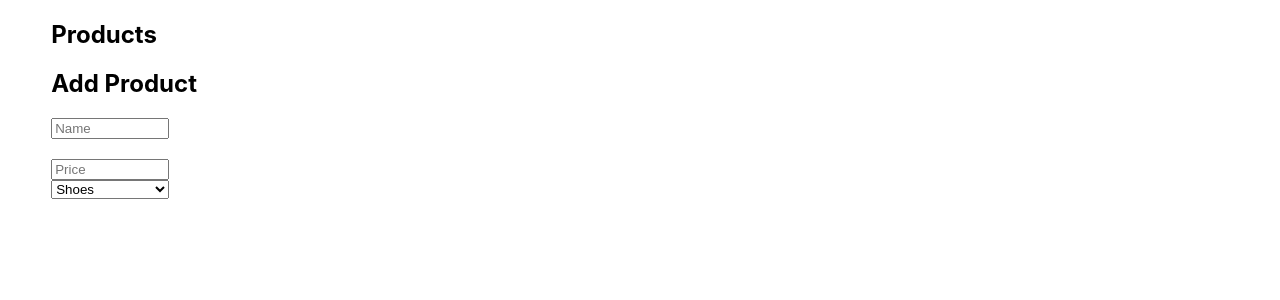
Repository: zcoderboy/redux-workout
Page: /
These files come from the project's save history. The page is drawn as it stood at one moment and after the next save; the edit follows.
The browser window is 1280 px wide. The pictures show the whole page.
The project was rebuilt for these pictures with package versions that can differ from the ones it lists, and the page was loaded fresh each time. Also part of the build but not shown: src/Product.js.

Above is the page before, as saved 2020-08-17 15:19:28.

### src/index.js
import React from 'react';
import ReactDOM from 'react-dom';
import './index.css';
import App from './App';
import * as serviceWorker from './serviceWorker';
import reducer from './reducers'
import {createStore} from 'redux'
import {Provider} from 'react-redux'

const store = createStore(reducer,window.__REDUX_DEVTOOLS_EXTENSION__ && window.__REDUX_DEVTOOLS_EXTENSION__())

ReactDOM.render(
  <Provider store={store}>
    <React.StrictMode>
      <App />
    </React.StrictMode>
  </Provider>,
  document.getElementById('root')
);

// If you want your app to work offline and load faster, you can change
// unregister() to register() below. Note this comes with some pitfalls.
// Learn more about service workers: https://bit.ly/CRA-PWA
serviceWorker.unregister();

### src/App.js
import React from 'react';
import './App.css';
import ProductListContainer from './containers/ProductListContainer';
import ProductAddContainer from './containers/ProductAddContainer';

function App() {
  return (
    <div className="App">
      <ProductListContainer/>
      <ProductAddContainer/>
    </div>
  );
}

export default App;

### src/reducers/index.js
import {combineReducers} from 'redux'
import cart from './CartReducer'
import products from './ProductReducer'
import categories from './CategoryReducer'

export default combineReducers({
  cart,
  products,
  categories
})

### src/App.css
.App {
  padding: 0 4vw;
}

.App-logo {
  height: 40vmin;
  pointer-events: none;
}

@media (prefers-reduced-motion: no-preference) {
  .App-logo {
    animation: App-logo-spin infinite 20s linear;
  }
}

.App-header {
  background-color: #282c34;
  min-height: 100vh;
  display: flex;
  flex-direction: column;
  align-items: center;
  justify-content: center;
  font-size: calc(10px + 2vmin);
  color: white;
}

.App-link {
  color: #61dafb;
}

@keyframes App-logo-spin {
  from {
    transform: rotate(0deg);
  }
  to {
    transform: rotate(360deg);
  }
}

### src/containers/ProductListContainer.js
import {connect} from 'react-redux'
import ProductList from '../ProductList'

const mapStateToProps = (state) => {
  return {
    products: Object.keys(state.products)
  }
}

export default connect(mapStateToProps,null)(ProductList)

### src/containers/ProductAddContainer.js
import {connect} from 'react-redux'
import ProductAdd from '../ProductAdd'

const mapStateToProps = (state) => {
  return {
    categories: Object.keys(state.categories)
  }
}

const mapDispatchToProps = (dispatch) => {
  return{
    addProduct: (product) => {
      product.id = Date.now()
      dispatch({
        type: 'ADD_PRODUCT',
        payload: product
      })
    }
  }
}

export default connect(mapStateToProps,mapDispatchToProps)(ProductAdd)

### src/reducers/CartReducer.js

const cart = (cart = [], action) => {
  return cart;
}

export default cart

### src/reducers/ProductReducer.js
import normalizedData from '../normalizedState'

const products = (products = normalizedData.entities.products, action) => {
  return products
}

export default products

### src/reducers/CategoryReducer.js
import normalizedData from '../normalizedState'

const categories = (categories = normalizedData.entities.categories, action) => {
  return categories
}

export default categories

### src/ProductList.js
import React from 'react'
import ProductContainer from './containers/ProductContainer'

const ProductList = ({products}) => {
  return (
    <div>
      <h2>Products</h2>
      {
        products.map(product => (
          <ProductContainer key={product} productId={product}/>
        ))
      }
    </div>
  )
}

export default ProductList

### src/ProductAdd.js
import React from 'react'

const ProductAdd = (props) => {
  return (
    <>
      <h2>Add Product</h2>
      <form onSubmit="" style={{
        display: "flex",
        flexDirection: "column",
        width: "10%"
      }}>
        <input type="text" name="name" placeholder="Name"></input><br/>
        <input type="number" name="price" placeholder="Price"></input>
        <select name="category">
          <option value="test">Shoes</option>
        </select>
      </form>
    </>
  )
}

export default ProductAdd

### src/normalizedState.js
import {schema, normalize} from 'normalizr'
import defaultState from './products.json'

const category = new schema.Entity('categories')

const product = new schema.Entity('products', {
  category: category
})

const normalizedData = normalize(defaultState.products,[product])

export default normalizedData

### src/containers/ProductContainer.js
import { connect } from 'react-redux'
import Product from '../Product'

const mapStateToProps = (state,ownProps) =>{
  return{
    product: state.products[ownProps.productId]
  }
}

export default connect(mapStateToProps,null)(Product)

### src/products.json
{
  "products": [
    {
      "id": "3562143125784682734",
      "name": "Amiri Jeans",
      "price": "345 $",
      "category": {
        "id": "2135412642837212401",
        "name": "Pants"
      }
    },
    {
      "id": "5562143125784682734",
      "name": "Cactus Jack's Jordan 7",
      "price": "145 $",
      "category": {
        "id": "5135412642837212401",
        "name": "Shoes"
      }
    }
  ]
}

Loaded but not shown: public/index.html (common file); src/index.css (common file); src/serviceWorker.js (common file)

After the next save:
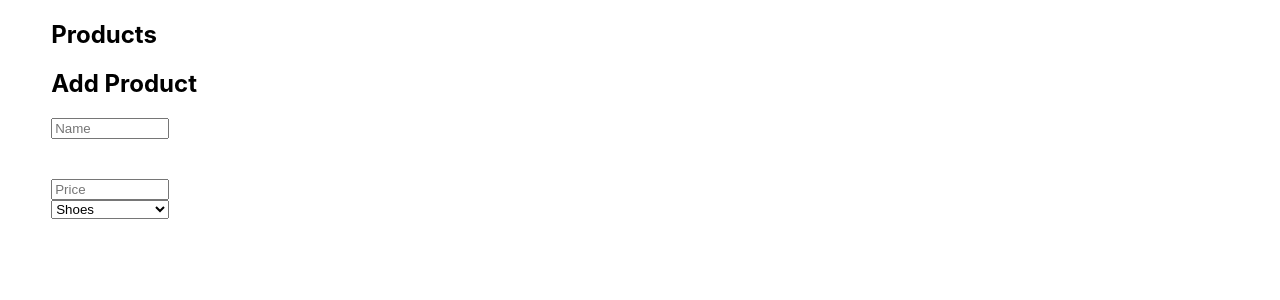
Saved 6 s later.
--- a/src/ProductAdd.js
+++ b/src/ProductAdd.js
@@ -9,7 +9,7 @@ const ProductAdd = (props) => {
         flexDirection: "column",
         width: "10%"
       }}>
-        <input type="text" name="name" placeholder="Name"></input><br/>
+        <input type="text" name="name" placeholder="Name"></input><br/><br/>
         <input type="number" name="price" placeholder="Price"></input>
         <select name="category">
           <option value="test">Shoes</option>
